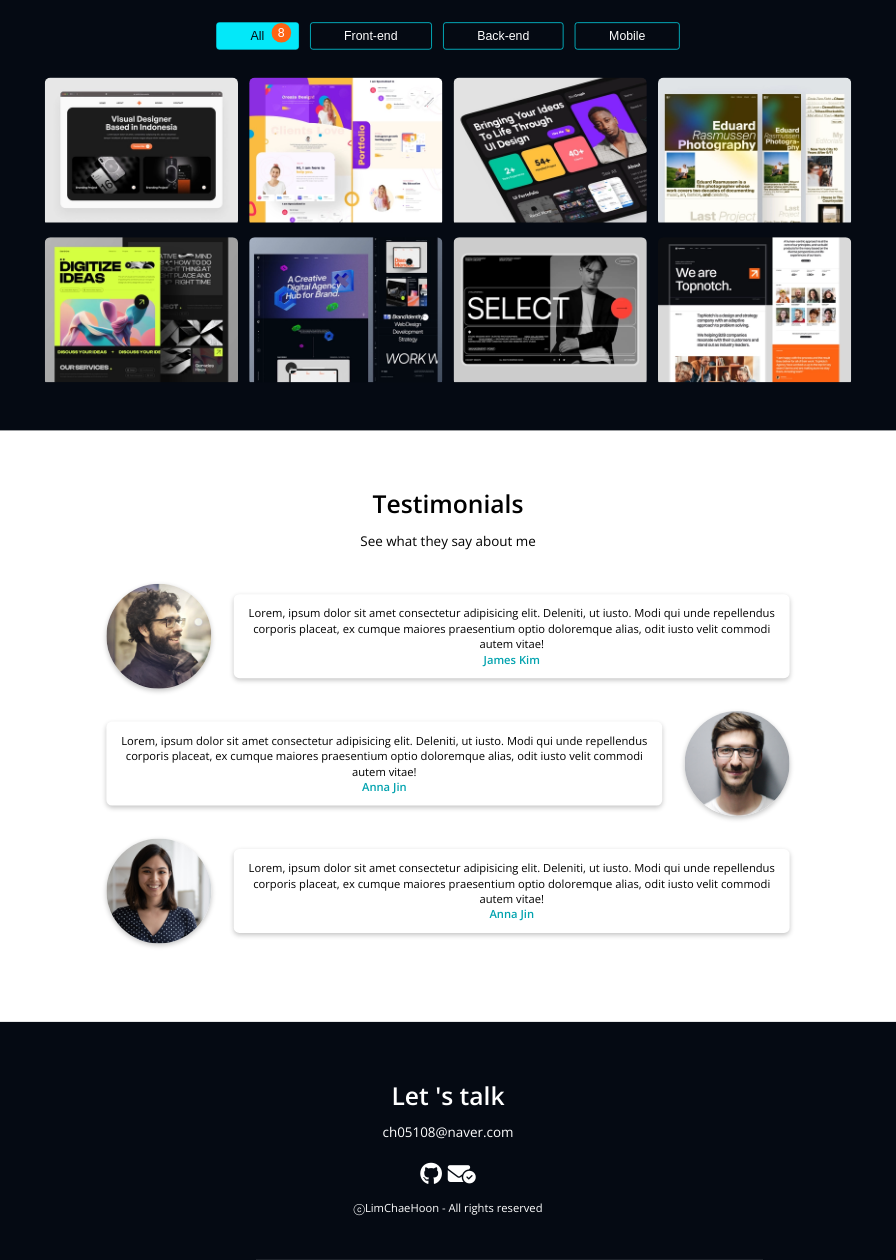
Repository: Iimchaehoon/portfollio
Page: index.html
The author's editor kept a copy of each file at every save. The page is drawn from the files as they stood at one save, then again after the next save.
The browser window is 1280 px wide. The pictures show the part of the page from y = 2347 to 4267 px (the page is 4147 px tall before and 4267 px after), at 70% of full size.
Some web libraries are served in a nearby version.

Above is the page before, as saved 2023-07-18 21:20:52.

After the next save:
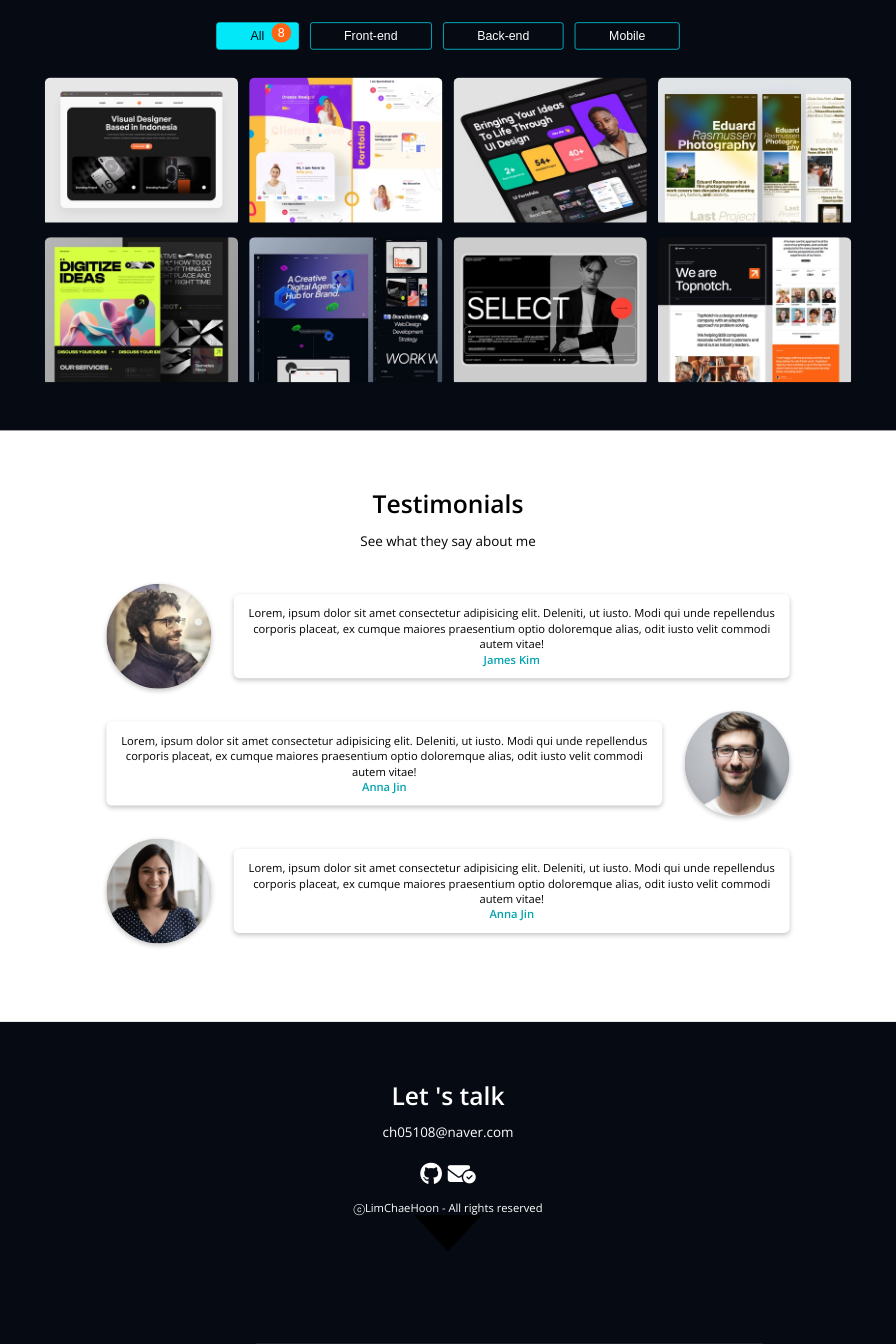
Saved 3 min 25 s later.
--- a/index.html
+++ b/index.html
@@ -449,6 +449,19 @@
         </ul>
         <p>ⓒLimChaeHoon - All rights reserved</p>
       </div>
+      <div class="custom-shape-divider-top-1689682932">
+        <svg
+          data-name="Layer 1"
+          xmlns="http://www.w3.org/2000/svg"
+          viewBox="0 0 1200 120"
+          preserveAspectRatio="none"
+        >
+          <path
+            d="M649.97 0L550.03 0 599.91 54.12 649.97 0z"
+            class="shape-fill"
+          ></path>
+        </svg>
+      </div>
     </footer>
   </body>
 </html>
